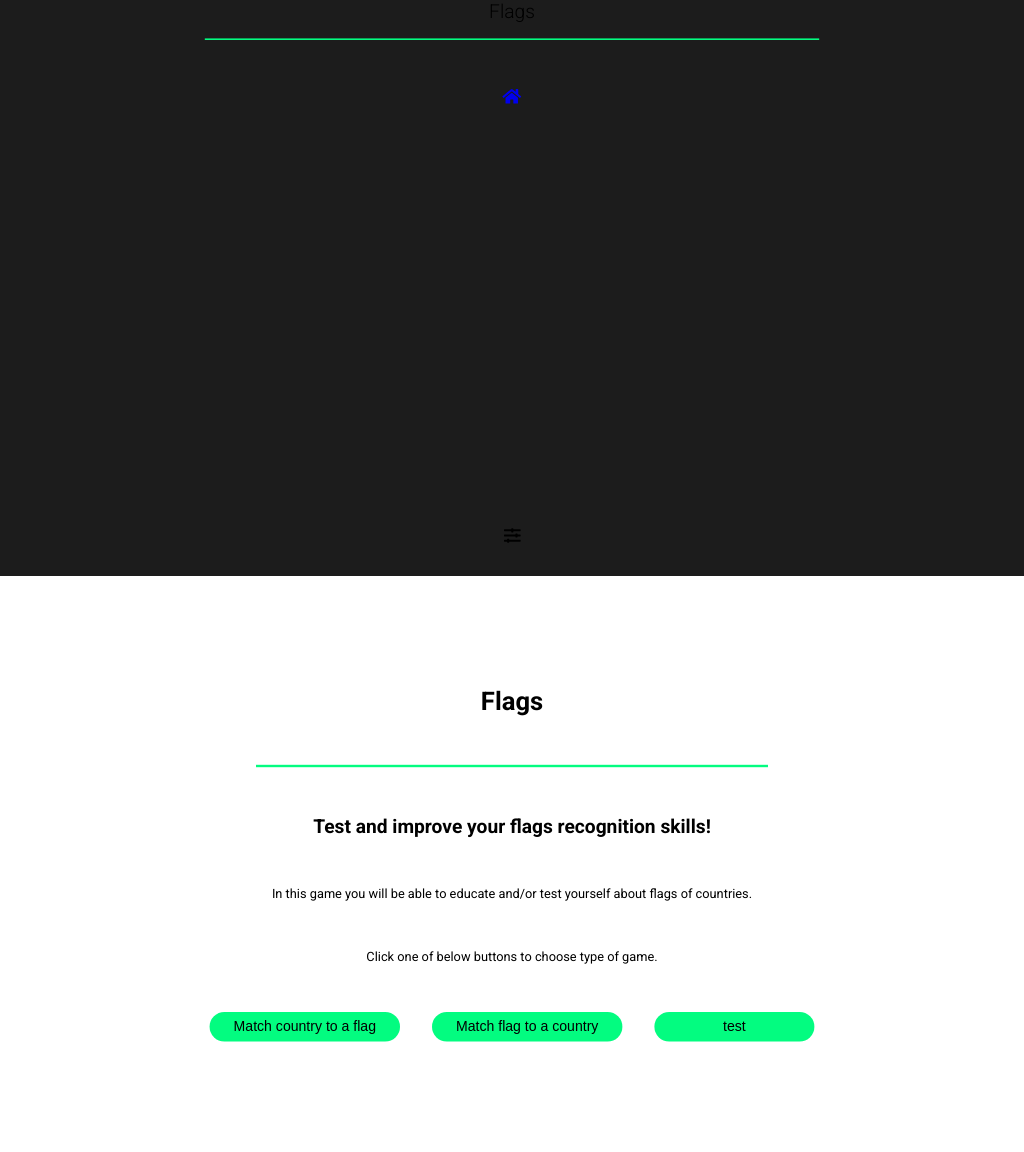
Repository: RXBVK/Flags
Page: /
An editor plug-in stored every save of this project. The page is shown before and after a run of saves, followed by the edit.
The browser window is 1280 px wide. The pictures show the whole page, at 80% of full size.
The project was rebuilt for these pictures with package versions that can differ from the ones it lists, and the page was loaded fresh each time.

Above is the page before, as saved 2021-06-29 16:41:11.

After the next 3 saves:
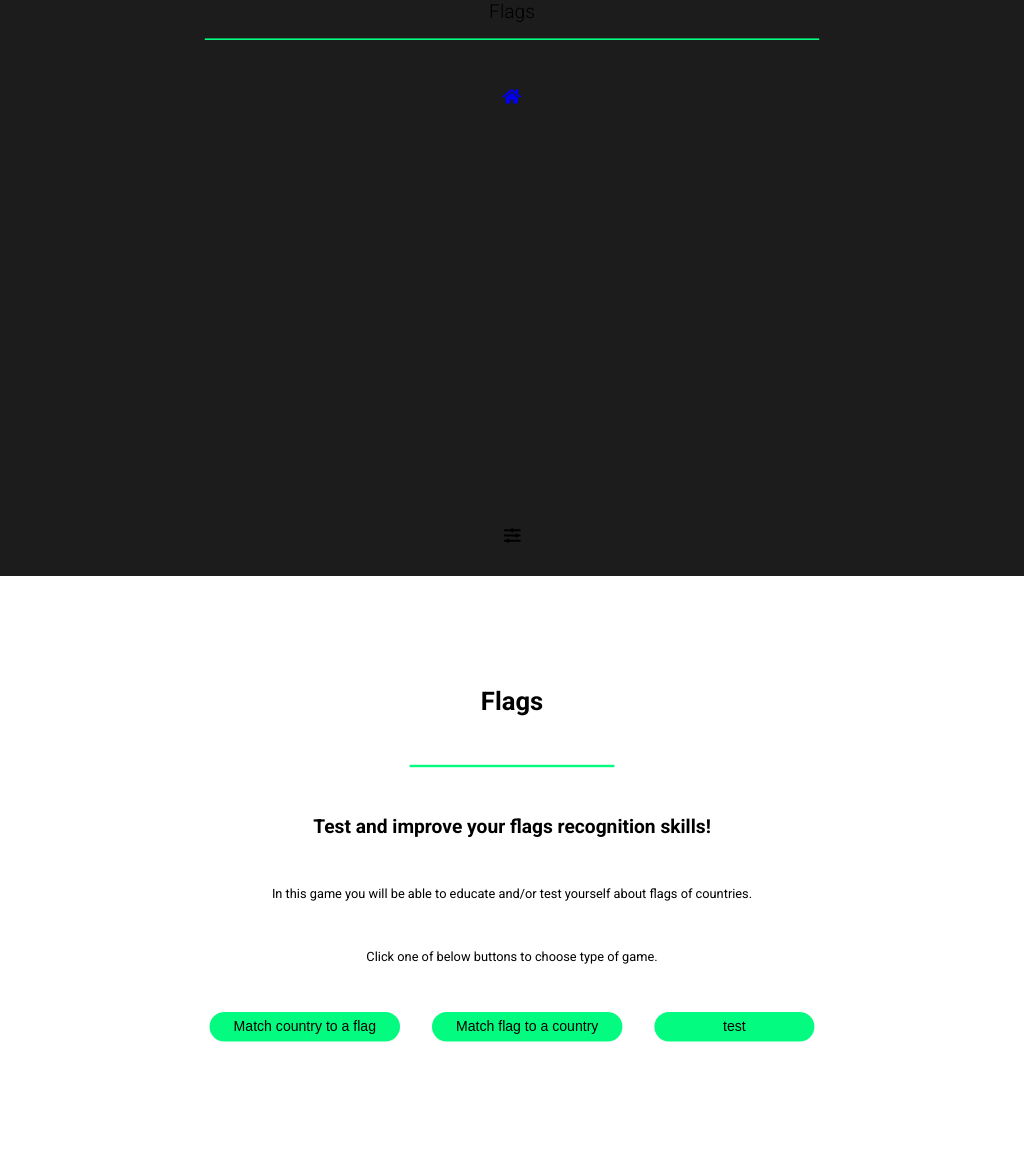
The 3 saves are shown as one change because they came seconds apart.
The last was saved 9 s later.
--- a/src/components/Home/Home.js
+++ b/src/components/Home/Home.js
@@ -5,7 +5,7 @@ export default function Home() {
   return (
     <div className="container">
       <h1>Flags</h1>
-      <Divider height={3} width={50} />
+      <Divider height={3} width={20} />
       <h2>Test and improve your flags recognition skills!</h2>
       <p>
         In this game you will be able to educate and/or test yourself about
